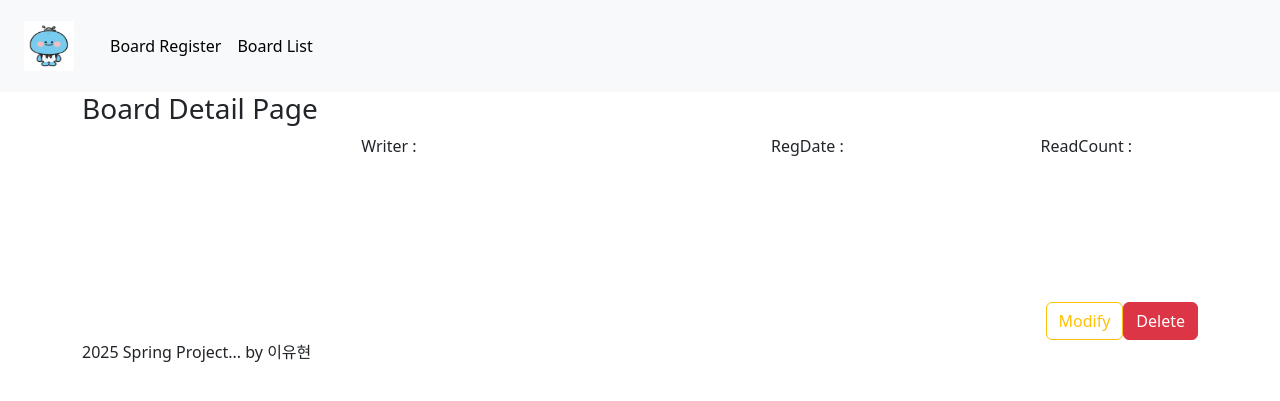
Repository: LeeYouHyeon/6.Spring
Page: http://localhost/spring_project/WEB-INF/views/board/modify.jsp
The author's editor kept a copy of each file at every save. The page is drawn from the files as they stood at one save, then again after the next save.
The browser window is 1280 px wide. The pictures show the whole page.
The page is served by Tomcat 9. Nobody is signed in. Other server files are loaded and not shown. The template is opened directly, without the code that normally fills it, so the values that code supplies are empty.

Above is the page before, as saved 2025-06-02 00:50:05.

### spring_project/src/main/webapp/WEB-INF/views/board/modify.jsp
<head>
<link href="../resources/css/detail.css" rel="stylesheet" type="text/css">
</head>
<%@ page language="java" contentType="text/html; charset=UTF-8" pageEncoding="UTF-8"%>
<%@ include file="../layout/header.jsp"%>
<%@ taglib uri="http://java.sun.com/jsp/jstl/core" prefix="c"%>

<div class="container-md">
	<h3 class="line">Board Detail Page</h3>
	<div class="title">${bvo.title}</div>
	<div class="line">
		<div class="bno">${bvo.bno}</div>
		<div class="writer">Writer : ${bvo.writer}</div>
		<div class="regDate">RegDate : ${bvo.regDate}</div>
		<div class="readCount">ReadCount : ${bvo.readCount}</div>
	</div>
	<div class="line content">${bvo.content}</div>
	<div class="line buttons">
		<button class="btn btn-outline-warning">Modify</button>
		<button class="btn btn-danger">Delete</button>
	</div>
</div>

<%@ include file="../layout/footer.jsp"%>

### spring_project/src/main/webapp/WEB-INF/views/layout/header.jsp
<%@ page language="java" contentType="text/html; charset=UTF-8" pageEncoding="UTF-8"%>
<!DOCTYPE html>
<html>
<head>
<meta charset="UTF-8">
<title>Insert title here</title>
<link rel="stylesheet" href="/resources/dist/css/bootstrap.min.css">
<script type="text/javascript" src="/resources/dist/js/bootstrap.bundle.min.js"></script>
</head>
<body>
	<nav class="navbar navbar-expand-lg bg-body-tertiary">
		<div class="container-fluid">
			<nav class="navbar bg-body-tertiary">
				<div class="container">
					<a class="navbar-brand" href="/"> <img src="/resources/image/logo.jpg" alt="Bootstrap" width="50" height="50">
					</a>
				</div>
			</nav>
			<button class="navbar-toggler" type="button" data-bs-toggle="collapse" data-bs-target="#navbarSupportedContent"
				aria-controls="navbarSupportedContent" aria-expanded="false" aria-label="Toggle navigation"
			>
				<span class="navbar-toggler-icon"></span>
			</button>
			<div class="collapse navbar-collapse" id="navbarSupportedContent">
				<ul class="navbar-nav me-auto mb-2 mb-lg-0">
					<li class="nav-item"><a class="nav-link active" aria-current="page" href="/board/register">Board Register</a></li>
					<li class="nav-item"><a class="nav-link active" aria-current="page" href="/board/list">Board List</a></li>
				</ul>
			</div>
		</div>
	</nav>

### spring_project/src/main/webapp/WEB-INF/views/layout/footer.jsp
<%@ page language="java" contentType="text/html; charset=UTF-8"
	pageEncoding="UTF-8"%>

<div class="container-md">2025 Spring Project... by 이유현</div>
</body>
</html>

### spring_project/src/main/webapp/resources/css/detail.css
@charset "UTF-8";
.container-md>*{
  text-align: center;
}

.line{
  width: 100%;

  display: flex;
}

.title{
	font-size: 24px;
	font-weight: 600;
  width: 95%;
}
.bno{
  width: 5%;
}
.writer{
  width: 45%;
}
.regDate{
  width: 30%;
}
.readCount{
  width: 20%;
}
.content{
	min-height: 20vh;
}
.buttons{
  display: flex;
  justify-content: right;
}

Loaded but not shown: spring_project/src/main/webapp/resources/dist/css/bootstrap.min.css (library); spring_project/src/main/webapp/resources/dist/js/bootstrap.bundle.min.js (library)

After the next save:
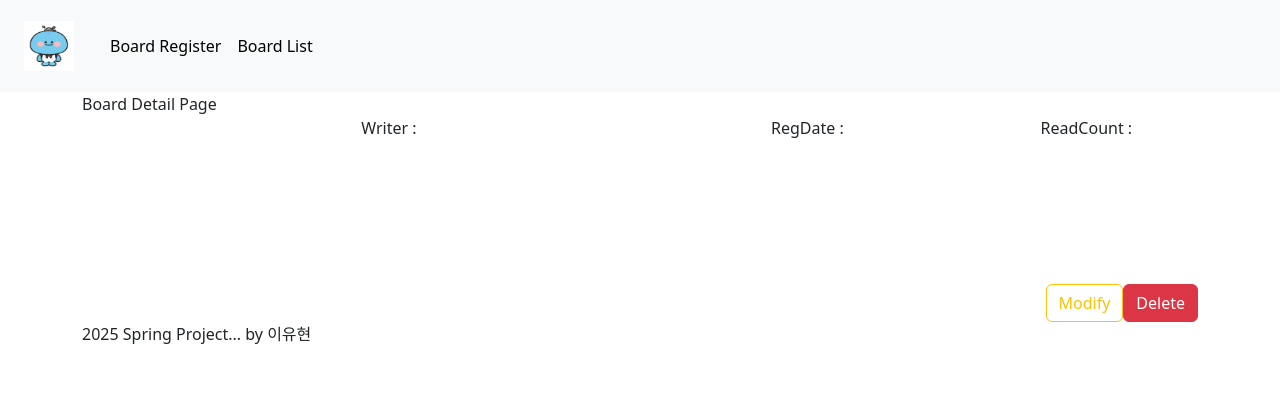
Saved 13 s later.
--- a/spring_project/src/main/webapp/WEB-INF/views/board/modify.jsp
+++ b/spring_project/src/main/webapp/WEB-INF/views/board/modify.jsp
@@ -6,7 +6,7 @@
 <%@ taglib uri="http://java.sun.com/jsp/jstl/core" prefix="c"%>
 
 <div class="container-md">
-	<h3 class="line">Board Detail Page</h3>
+	<div class="line">Board Detail Page</div>
 	<div class="title">${bvo.title}</div>
 	<div class="line">
 		<div class="bno">${bvo.bno}</div>
